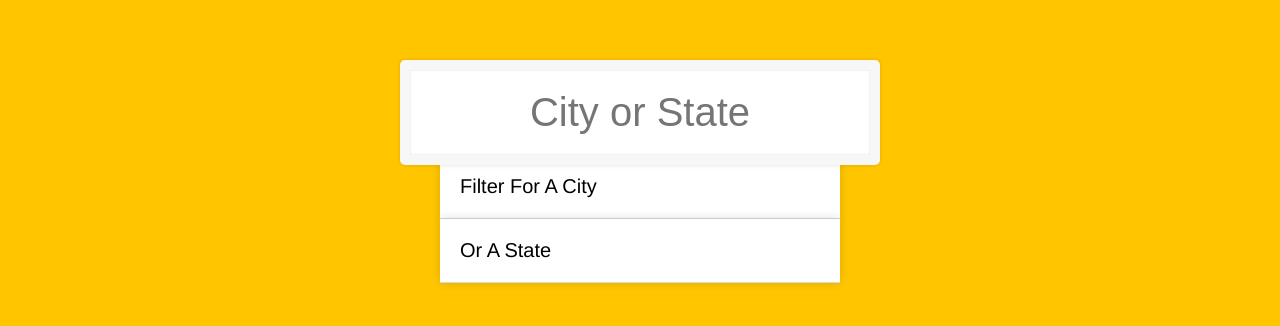
Repository: Saieebawake/Type-Ahead-City-or-State-Search
Page: index.html
An editor plug-in stored every save of this project. The page is shown before and after the next save, followed by the edit.
The browser window is 1280 px wide. The pictures show the whole page.
The page's requests for data from a server got no answer.

Above is the page before, as saved 2026-09-27 20:42:00.

After the next save:
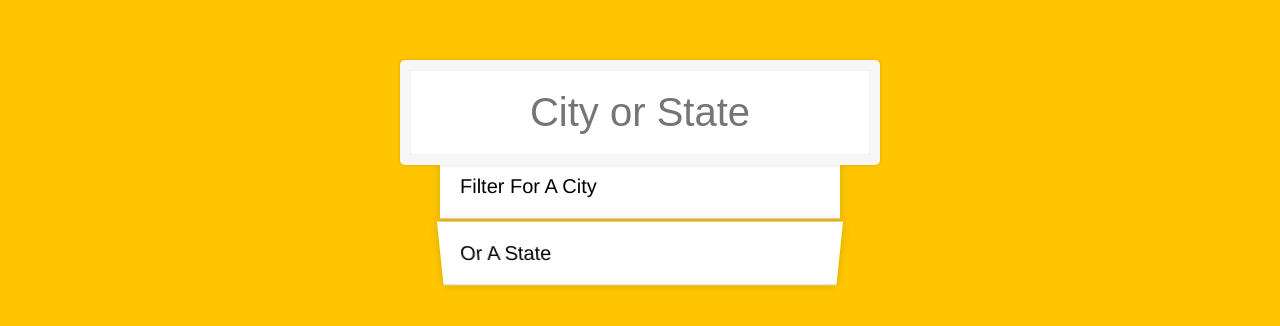
Saved 4 s later.
--- a/style.css
+++ b/style.css
@@ -55,4 +55,4 @@ input.search {
 }
 
 .suggestions li:nth-child(even) {
-    transform: perspective(100px) rotateX(-3deg) translateY(3px;
+    transform: perspective(100px) rotateX(-3deg) translateY(3px);
